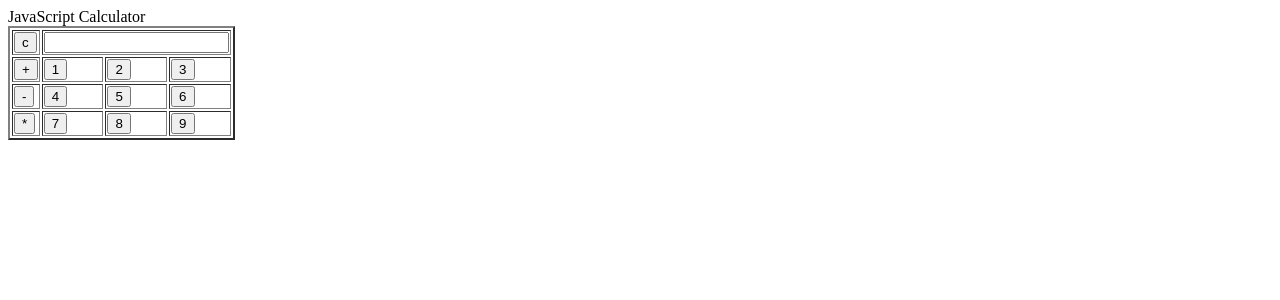
Repository: spidero7/Simple-Calculator
Page: index.html
An editor plug-in stored every save of this project. The page is shown before and after the next save, followed by the edit.
The browser window is 1280 px wide. The pictures show the whole page.

Above is the page before, as saved 2021-09-15 06:56:36.

After the next save:
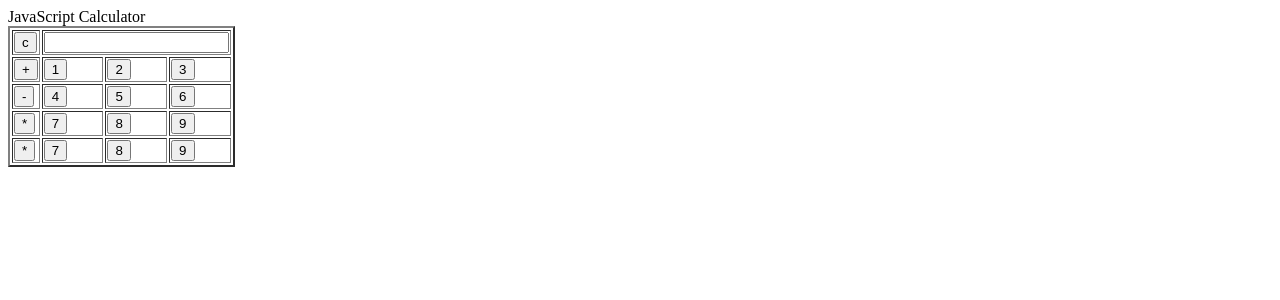
Saved 13 s later.
--- a/index.html
+++ b/index.html
@@ -32,6 +32,12 @@
             <td><input type="button" value="8" onclick="display('8')"/></td>
             <td><input type="button" value="9" onclick="display('9')"/></td>
         </tr>
+        <tr>
+            <td><input type="button" value="*" onclick="display('*')"/></td>
+            <td><input type="button" value="7" onclick="display('7')"/></td>
+            <td><input type="button" value="8" onclick="display('8')"/></td>
+            <td><input type="button" value="9" onclick="display('9')"/></td>
+        </tr>
     </table>
     <script src="app.js"></script>
 </body>
